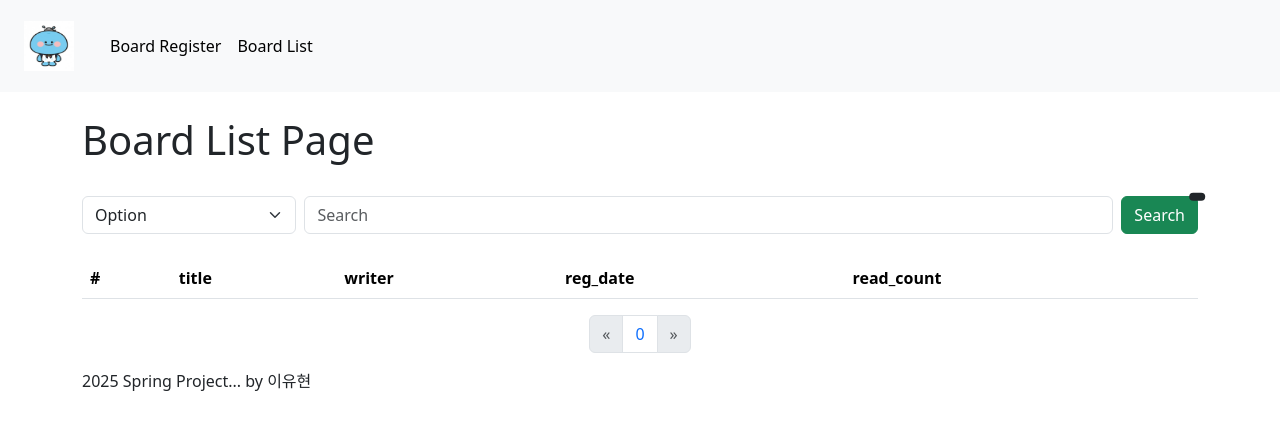
Repository: LeeYouHyeon/6.Spring
Page: http://localhost/spring_project/WEB-INF/views/board/list.jsp
The author's editor kept a copy of each file at every save. The page is drawn from the files as they stood at one save, then again after the next save.
The browser window is 1280 px wide. The pictures show the whole page.
The page is served by Tomcat 9. Nobody is signed in. Other server files are loaded and not shown. The template is opened directly, without the code that normally fills it, so the values that code supplies are empty.

Above is the page before, as saved 2025-06-04 00:56:26.

### spring_project/src/main/webapp/WEB-INF/views/board/list.jsp
<%@ page language="java" contentType="text/html; charset=UTF-8" pageEncoding="UTF-8"%>
<%@ include file="../layout/header.jsp"%>
<%@ taglib uri="http://java.sun.com/jsp/jstl/core" prefix="c"%>

<div class="container-md">
<br>
	<h1>Board List Page</h1>
	<br>
	<!-- search line -->
	<form class="d-flex" role="search" action="/board/list">
		<select class="form-select me-2 w-25" name="type" aria-label="Default select example">
			<option ${ph.pgvo.type eq null ? 'selected' : ''}>Option</option>
			<option value="t" ${ph.pgvo.type eq 't' ? 'selected' : ''}>Title</option>
			<option value="w" ${ph.pgvo.type eq 'w' ? 'selected' : ''}>Writer</option>
			<option value="c" ${ph.pgvo.type eq 'c' ? 'selected' : ''}>Content</option>
			<option value="tw" ${ph.pgvo.type eq 'tw' ? 'selected' : ''}>Title + Writer</option>
			<option value="tc" ${ph.pgvo.type eq 'tc' ? 'selected' : ''}>Title + Content</option>
			<option value="wc" ${ph.pgvo.type eq 'wc' ? 'selected' : ''}>Writer + Content</option>
			<option value="twc" ${ph.pgvo.type eq 'twc' ? 'selected' : ''}>All</option>
		</select>
		<input class="form-control me-2"
			name="keyword"
			type="search"
			placeholder="Search"
			aria-label="Search"
			aria-describedby="search-addon"
			value="${ph.pgvo.keyword}"
			required>
		<input type="hidden" name="pageNo" value="1">
		<input type="hidden" name="qty" value="${ph.pgvo.qty}">
		<button type="submit" class="btn btn-success position-relative">
			Search <span class="position-absolute top-0 start-100 translate-middle badge rounded-pill text-bg-dark">
				${ph.totalCount} <span class="visually-hidden">unread messages</span>
			</span>
		</button>
	</form>
	<br>
	<table class="table">
		<thead>
			<tr>
				<th scope="col">#</th>
				<th scope="col">title</th>
				<th scope="col">writer</th>
				<th scope="col">reg_date</th>
				<th scope="col">read_count</th>
			</tr>
		</thead>
		<tbody>
			<c:forEach items="${list}" var="bvo">
				<tr>
					<th scope="row">${bvo.bno}</th>
					<td>
						<a href="/board/detail?bno=${bvo.bno}">${bvo.title}</a>
					</td>
					<td>${bvo.writer}</td>
					<td>${bvo.regDate}</td>
					<td>${bvo.readCount}</td>
				</tr>
			</c:forEach>
		</tbody>
	</table>

	<!-- paging area -->
	<nav aria-label="Page navigation example">
		<ul class="pagination justify-content-center">
			<li class="page-item">
				<a class="page-link ${ph.prev ? '' : 'disabled'}"
					href="/board/list?pageNo=${ph.startPage - 1}&qty=${ph.pgvo.qty}&type=${ph.pgvo.type}&keyword=${ph.pgvo.keyword}"
					aria-label="Previous">
					<span aria-hidden="true">&laquo;</span>
				</a>
			</li>

			<c:forEach var="i" begin="${ph.startPage}" end="${ph.endPage}">
				<li class="page-item">
					<a class="page-link ${ph.pgvo.pageNo == i ? 'active' : ''}"
						href="/board/list?pageNo=${i}&qty=${ph.pgvo.qty}&type=${ph.pgvo.type}&keyword=${ph.pgvo.keyword}">
						${i}
					</a>
				</li>
			</c:forEach>

			<li class="page-item">
				<a class="page-link ${ph.next ? '' : 'disabled'}"
					href="/board/list?pageNo=${ph.endPage + 1}&qty=${ph.pgvo.qty}&type=${ph.pgvo.type}&keyword=${ph.pgvo.keyword}"
					aria-label="Next">
					<span aria-hidden="true">&raquo;</span>
				</a>
			</li>
		</ul>
	</nav>
</div>

<%@ include file="../layout/footer.jsp"%>

### spring_project/src/main/webapp/WEB-INF/views/layout/header.jsp
<%@ page language="java" contentType="text/html; charset=UTF-8" pageEncoding="UTF-8"%>
<!DOCTYPE html>
<html>
<head>
<meta charset="UTF-8">
<title>Spring Project</title>
<link rel="stylesheet" href="/resources/dist/css/bootstrap.min.css">
<script type="text/javascript" src="/resources/dist/js/bootstrap.bundle.min.js"></script>
</head>
<body>
	<nav class="navbar navbar-expand-lg bg-body-tertiary">
		<div class="container-fluid">
			<nav class="navbar bg-body-tertiary">
				<div class="container">
					<a class="navbar-brand" href="/"> <img src="/resources/image/logo.jpg" alt="Bootstrap" width="50" height="50">
					</a>
				</div>
			</nav>
			<button class="navbar-toggler" type="button" data-bs-toggle="collapse" data-bs-target="#navbarSupportedContent"
				aria-controls="navbarSupportedContent" aria-expanded="false" aria-label="Toggle navigation"
			>
				<span class="navbar-toggler-icon"></span>
			</button>
			<div class="collapse navbar-collapse" id="navbarSupportedContent">
				<ul class="navbar-nav me-auto mb-2 mb-lg-0">
					<li class="nav-item"><a class="nav-link active" aria-current="page" href="/board/register">Board Register</a></li>
					<li class="nav-item"><a class="nav-link active" aria-current="page" href="/board/list">Board List</a></li>
				</ul>
			</div>
		</div>
	</nav>

### spring_project/src/main/webapp/WEB-INF/views/layout/footer.jsp
<%@ page language="java" contentType="text/html; charset=UTF-8"
	pageEncoding="UTF-8"%>

<div class="container-md">2025 Spring Project... by 이유현</div>
</body>
</html>

Loaded but not shown: spring_project/src/main/webapp/resources/dist/css/bootstrap.min.css (library); spring_project/src/main/webapp/resources/dist/js/bootstrap.bundle.min.js (library)

After the next save:
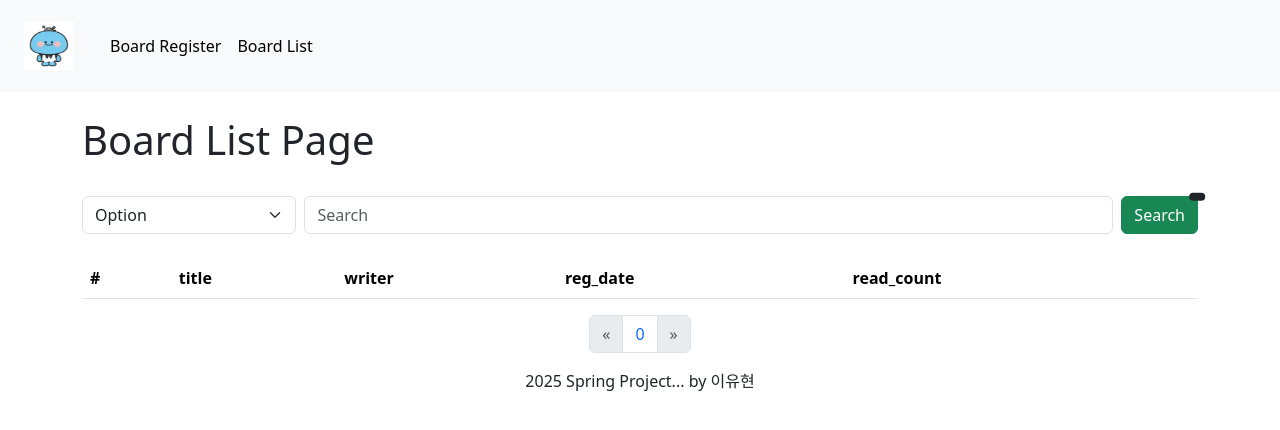
Saved 6 h 4 min later.
--- a/spring_project/src/main/webapp/WEB-INF/views/layout/footer.jsp
+++ b/spring_project/src/main/webapp/WEB-INF/views/layout/footer.jsp
@@ -1,6 +1,6 @@
 <%@ page language="java" contentType="text/html; charset=UTF-8"
 	pageEncoding="UTF-8"%>
 
-<div class="container-md">2025 Spring Project... by 이유현</div>
+<div class="container-md d-flex justify-content-center">2025 Spring Project... by 이유현</div>
 </body>
 </html>
